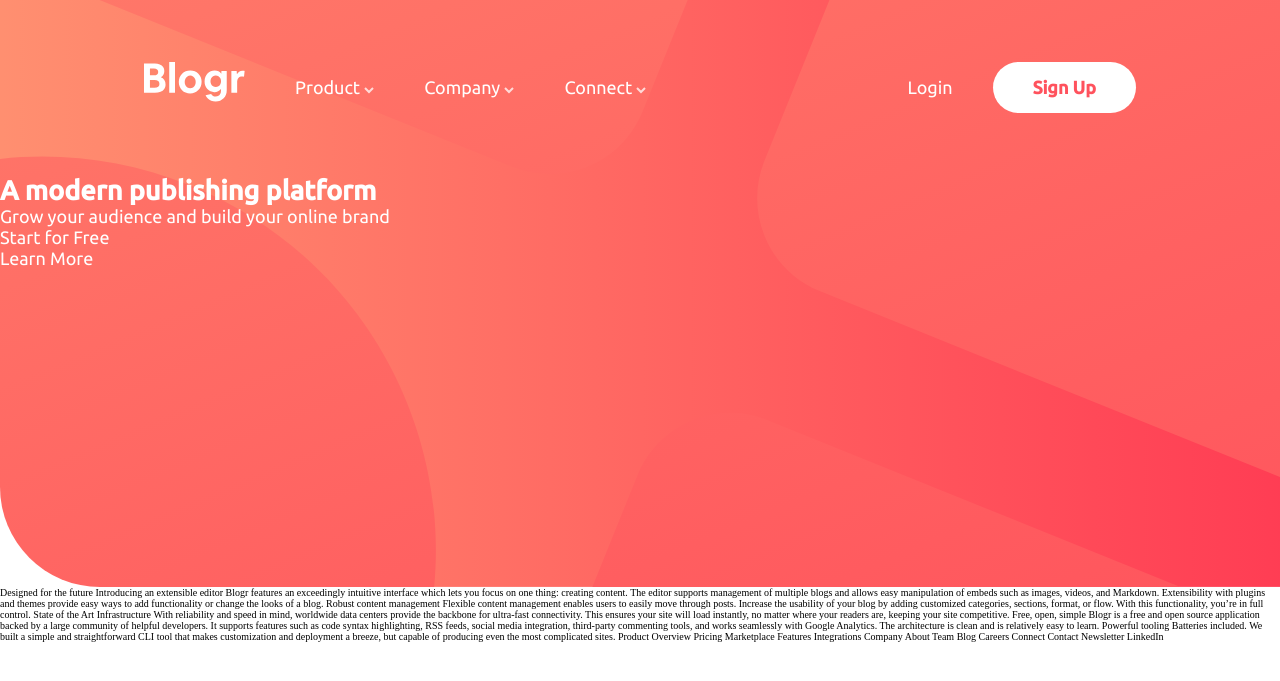
Repository: tomas938/tomaspage3
Page: index.html
These files come from the project's save history. The page is drawn as it stood at one moment and after the next save; the edit follows.
The browser window is 1280 px wide. The pictures show the whole page.
The style sheet was rebuilt from its Sass, Less or Tailwind sources for each picture, by a compiler version that may differ from the author's.

Above is the page before, as saved 2021-07-30 09:10:51.

### index.html
<!DOCTYPE html>
<html lang="en">
	<head>
		<meta charset="UTF-8" />
		<meta name="viewport" content="width=device-width, initial-scale=1.0" />
		<!-- displays site properly based on user's device -->

		<link
			rel="icon"
			type="image/png"
			sizes="32x32"
			href="./images/favicon-32x32.png"
		/>

		<title>Frontend Mentor | [Blogr]</title>

		<link rel="stylesheet" href="./scss/main.css" />
	</head>
	<body>
		<section class="intro">
			<header>
				<nav class="intro__navigation">
					<div class="intro__navigation__logo">
						<svg width="101" height="40" xmlns="http://www.w3.org/2000/svg">
							<path
								d="M0 30.803V1.486h10.653c1.982 0 3.695.31 5.14.93 1.446.619 2.56 1.5 3.345 2.642.785 1.142 1.177 2.484 1.177 4.026 0 1.404-.303 2.636-.909 3.695a6.48 6.48 0 01-2.56 2.498c1.487.578 2.643 1.494 3.469 2.746.826 1.253 1.239 2.732 1.239 4.439 0 1.707-.44 3.18-1.322 4.418-.88 1.239-2.12 2.202-3.716 2.89-1.596.688-3.482 1.033-5.657 1.033H0zM5.946 6.565v6.73h4.046c1.35 0 2.388-.282 3.118-.846.73-.564 1.094-1.397 1.094-2.498 0-1.101-.365-1.94-1.094-2.519-.73-.578-1.769-.867-3.118-.867H5.946zm0 19.159h4.624c1.542 0 2.732-.33 3.572-.991.84-.66 1.26-1.61 1.26-2.85 0-1.238-.42-2.188-1.26-2.848-.84-.66-2.03-.991-3.572-.991H5.946v7.68zm19.282 5.079V0h5.781v30.803h-5.78zm20.893.619c-1.624 0-3.124-.29-4.5-.867a10.94 10.94 0 01-3.593-2.416 10.96 10.96 0 01-2.374-3.654c-.564-1.404-.846-2.931-.846-4.583 0-1.652.289-3.173.867-4.563a11.354 11.354 0 012.415-3.654 10.96 10.96 0 013.634-2.436c1.39-.578 2.91-.867 4.562-.867 1.625 0 3.125.289 4.501.867a10.94 10.94 0 013.592 2.416 11.01 11.01 0 012.375 3.633c.564 1.39.846 2.911.846 4.563 0 1.651-.289 3.179-.867 4.583a11.297 11.297 0 01-2.416 3.675 10.96 10.96 0 01-3.633 2.436c-1.39.578-2.911.867-4.563.867zm.083-5.203c1.046 0 1.982-.275 2.808-.825.825-.551 1.48-1.301 1.96-2.25.483-.95.723-2.03.723-3.242 0-1.211-.24-2.292-.722-3.241-.482-.95-1.136-1.7-1.961-2.25-.826-.551-1.762-.826-2.808-.826-1.046 0-1.982.275-2.808.825-.826.55-1.48 1.301-1.961 2.25-.482.95-.723 2.03-.723 3.242 0 1.211.241 2.292.723 3.241.482.95 1.135 1.7 1.961 2.25.826.551 1.762.826 2.808.826zm24.155 3.964a9.13 9.13 0 01-3.86-.826 9.492 9.492 0 01-3.118-2.291c-.881-.977-1.57-2.12-2.065-3.427-.495-1.308-.743-2.719-.743-4.233 0-1.569.255-3.02.764-4.356a10.614 10.614 0 012.147-3.489 10.174 10.174 0 013.22-2.333c1.225-.564 2.554-.846 3.985-.846 1.404 0 2.67.282 3.799.846a7.402 7.402 0 012.807 2.457l.124-2.684h5.327v19.2c0 1.68-.269 3.207-.805 4.584-.537 1.376-1.301 2.56-2.292 3.55a10.231 10.231 0 01-3.53 2.292c-1.363.537-2.87.805-4.522.805-1.624 0-3.083-.254-4.376-.764a10.468 10.468 0 01-3.386-2.126 10.035 10.035 0 01-2.271-3.18L67.097 32a5.452 5.452 0 001.92 1.879c.784.454 1.672.681 2.663.681 1.074 0 2.003-.24 2.787-.723.785-.481 1.397-1.156 1.838-2.023.44-.867.66-1.879.66-3.035v-1.775a7.793 7.793 0 01-2.828 2.333c-1.143.564-2.402.846-3.778.846zm1.404-5.12c1.018 0 1.92-.254 2.704-.764a5.556 5.556 0 001.879-2.064c.468-.867.702-1.851.702-2.952 0-1.102-.234-2.086-.702-2.953a5.556 5.556 0 00-1.879-2.064c-.784-.51-1.686-.764-2.704-.764-1.019 0-1.92.255-2.705.764a5.556 5.556 0 00-1.879 2.064c-.468.867-.702 1.851-.702 2.953 0 1.1.234 2.085.702 2.952a5.556 5.556 0 001.88 2.064c.784.51 1.685.764 2.704.764zm15.607 5.74V9h5.327l.206 3.304c.55-1.157 1.294-2.044 2.23-2.664.936-.62 2.037-.929 3.303-.929.386 0 .77.035 1.156.103.386.07.73.159 1.033.269l-.62 5.698a4.361 4.361 0 00-.929-.227 7.495 7.495 0 00-.97-.062c-1.597 0-2.822.489-3.675 1.466-.853.977-1.28 2.36-1.28 4.15v10.694h-5.78z"
								fill="#FFF"
								fill-rule="nonzero"
							/>
						</svg>
						<ul>
							<li>
								<a href="#">Product</a>
								<svg xmlns="http://www.w3.org/2000/svg" width="10" height="7">
									<path
										fill="none"
										stroke="#FFF"
										stroke-width="2"
										opacity=".75"
										d="M1 1l4 4 4-4"
									/>
								</svg>
							</li>
							<li>
								<a href="#">Company</a>
								<svg xmlns="http://www.w3.org/2000/svg" width="10" height="7">
									<path
										fill="none"
										stroke="#FFF"
										stroke-width="2"
										opacity=".75"
										d="M1 1l4 4 4-4"
									/>
								</svg>
							</li>
							<li>
								<a href="#">Connect</a>
								<svg xmlns="http://www.w3.org/2000/svg" width="10" height="7">
									<path
										fill="none"
										stroke="#FFF"
										stroke-width="2"
										opacity=".75"
										d="M1 1l4 4 4-4"
									/>
								</svg>
							</li>
						</ul>
					</div>
					<div class="intro__navigation__login">
						<div class="button button--1">Login</div>
						<div class="button button--2">Sign Up</div>
					</div>
				</nav>
			</header>
			<div class="intro__description">
				<h1>A modern publishing platform</h1>
				<p>Grow your audience and build your online brand</p>
				<div class="intro__description__buttons">
					<div class="button button--2">Start for Free</div>
					<div class="button button--3">Learn More</div>
				</div>
			</div>
		</section>

		Designed for the future Introducing an extensible editor Blogr features an
		exceedingly intuitive interface which lets you focus on one thing: creating
		content. The editor supports management of multiple blogs and allows easy
		manipulation of embeds such as images, videos, and Markdown. Extensibility
		with plugins and themes provide easy ways to add functionality or change the
		looks of a blog. Robust content management Flexible content management
		enables users to easily move through posts. Increase the usability of your
		blog by adding customized categories, sections, format, or flow. With this
		functionality, you’re in full control. State of the Art Infrastructure With
		reliability and speed in mind, worldwide data centers provide the backbone
		for ultra-fast connectivity. This ensures your site will load instantly, no
		matter where your readers are, keeping your site competitive. Free, open,
		simple Blogr is a free and open source application backed by a large
		community of helpful developers. It supports features such as code syntax
		highlighting, RSS feeds, social media integration, third-party commenting
		tools, and works seamlessly with Google Analytics. The architecture is clean
		and is relatively easy to learn. Powerful tooling Batteries included. We
		built a simple and straightforward CLI tool that makes customization and
		deployment a breeze, but capable of producing even the most complicated
		sites. Product Overview Pricing Marketplace Features Integrations Company
		About Team Blog Careers Connect Contact Newsletter LinkedIn
	</body>
</html>

### scss/main.scss
@import "../scss_partials/variables";
@import "../scss_partials/resets";
@import "../scss_partials/intro";

### scss_partials/_variables.scss
//Colors

/* PRIMARY */

$light-red: hsl(356, 100%, 66%);
$very-light-red: hsl(355, 100%, 74%);
$very-dark-blue: hsl(208, 49%, 24%);

/* NEUTRAL */

$white: hsl(0, 0%, 100%);
$grayish-blue: hsl(240, 2%, 79%); //Footer Text
$very-dark-grayish-blue: hsl(207, 13%, 34%);
$very-dark-black-blue: hsl(240, 10%, 16%); //Footer Background

/* GRADIENT */

$very-light-red-gradient: hsl(13, 100%, 72%); // Intro /CTA
$light-red-gradient: hsl(353, 100%, 62%); // Intro /CTA

$very-dark-gray-blue: hsl(237, 17%, 21%); // Background body gradient
$very-dark-desaturated-blue: hsl(237, 23%, 32%); // Background body gradient

//Fonts

@import url("https://fonts.googleapis.com/css2?family=Overpass:wght@300;600&display=swap");

$font-primary: "Overpass", sans-serif;
$font-weight-primary-light: 300;
$font-weight-primary-bold: 600;

@import url("https://fonts.googleapis.com/css2?family=Ubuntu:ital,wght@0,400;0,500;1,700&display=swap");

$font-secondary: "Ubuntu", sans-serif;

$font-weight-secondary-light: 400;
$font-weight-secondary-medium: 500;
$font-weight-secondary-bold: 700;

### scss_partials/_resets.scss
* {
	margin: 0;
	padding: 0;
	box-sizing: border-box;
}
html {
	font-size: 62.5%;
}
li {
	list-style: none;
}
a {
	text-decoration: none;
}

### scss_partials/_intro.scss
.intro {
	height: 81.5vh;
	background-image: url(../images/bg-pattern-intro.svg),
		linear-gradient(to right, $very-light-red-gradient, $light-red-gradient);
	background-position: center center;
	border-bottom-left-radius: 10rem;
	font-family: $font-secondary;
	font-weight: $font-weight-secondary-light;
	color: $white;
	font-size: 1.8rem;
	header {
		width: 100%;
	}
	&__navigation {
		width: 77.5%;
		margin: auto;
		padding: 6.2rem 0;
		display: flex;
		justify-content: space-between;
		&__logo {
			display: flex;
		}
		ul {
			display: flex;
			align-items: center;
		}
		li {
			margin-left: 5rem;
		}

		a {
			color: $white;
		}
		&__login {
			display: flex;
			align-items: center;
		}
		.button {
			cursor: pointer;
			padding: 1.5rem 4rem;
			border-radius: 3rem;
		}
		.button--2 {
			background-color: $white;
			color: $light-red;
			font-family: $font-secondary;
			font-weight: $font-weight-secondary-bold;
			transition: all 0.3s ease-in-out;
		}
		.button--2:hover {
			background-color: hsla(0, 0%, 100%, 0.267);
			color: $white;
		}
	}
}

After the next save:
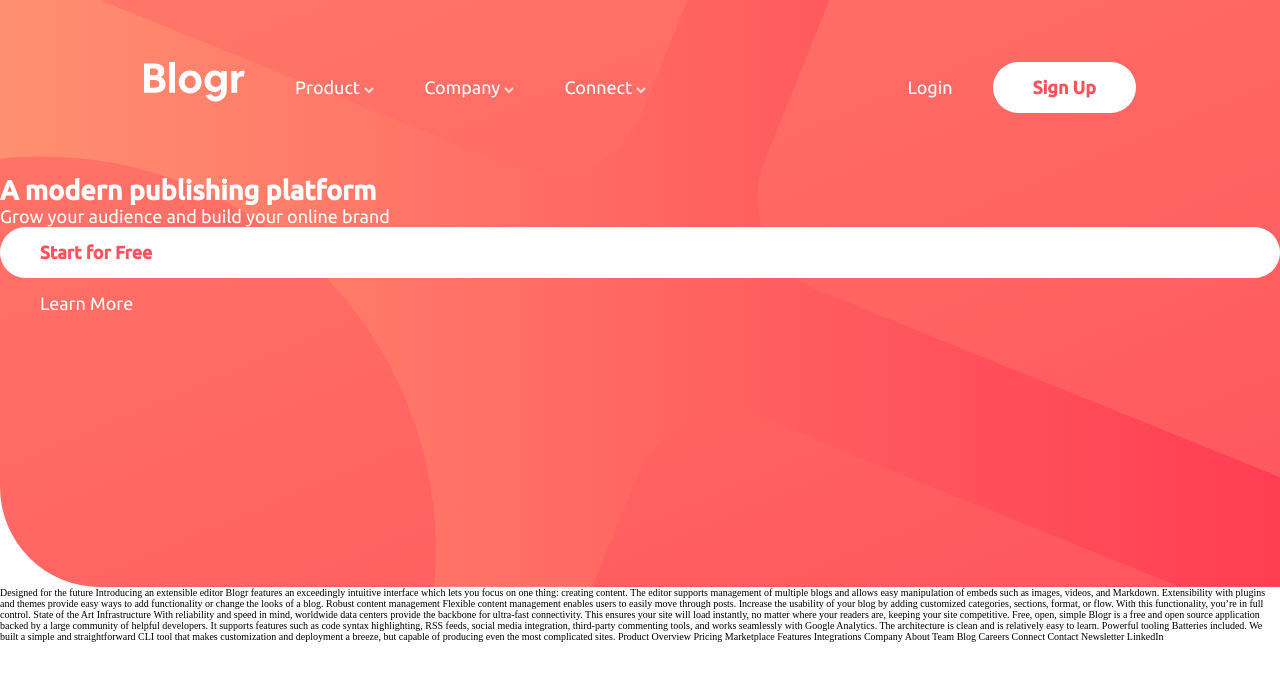
Saved 4 s later.
--- a/scss_partials/_intro.scss
+++ b/scss_partials/_intro.scss
@@ -35,21 +35,21 @@
 			display: flex;
 			align-items: center;
 		}
-		.button {
-			cursor: pointer;
-			padding: 1.5rem 4rem;
-			border-radius: 3rem;
-		}
-		.button--2 {
-			background-color: $white;
-			color: $light-red;
-			font-family: $font-secondary;
-			font-weight: $font-weight-secondary-bold;
-			transition: all 0.3s ease-in-out;
-		}
-		.button--2:hover {
-			background-color: hsla(0, 0%, 100%, 0.267);
-			color: $white;
-		}
+	}
+	.button {
+		cursor: pointer;
+		padding: 1.5rem 4rem;
+		border-radius: 3rem;
+	}
+	.button--2 {
+		background-color: $white;
+		color: $light-red;
+		font-family: $font-secondary;
+		font-weight: $font-weight-secondary-bold;
+		transition: all 0.3s ease-in-out;
+	}
+	.button--2:hover {
+		background-color: hsla(0, 0%, 100%, 0.267);
+		color: $white;
 	}
 }
